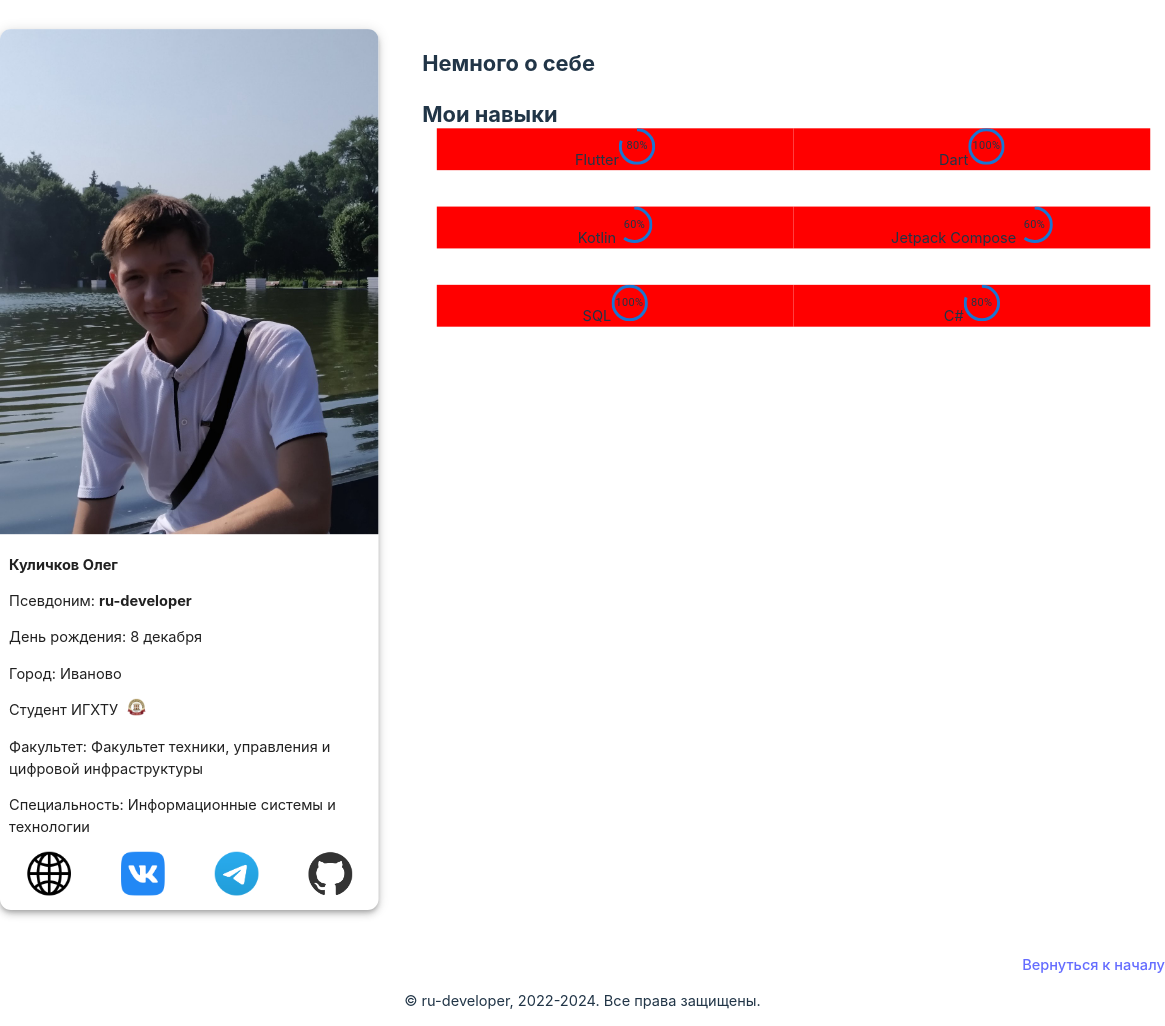
Repository: HubOl01/my_profile
Page: /
An editor plug-in stored every save of this project. The page is shown before and after a run of saves, followed by the edit.
The browser window is 1280 px wide. The pictures show the whole page, at 91% of full size.
The project was rebuilt for these pictures with package versions that can differ from the ones it lists, and the page was loaded fresh each time. Also part of the build but not shown: vite.config.ts, src/components/header/Header.module.scss, src/data/websites.ts.

Above is the page before, as saved 2024-03-09 10:49:19.

### src/App.tsx
import { Grid } from '@mui/material'
import './App.css'
import Common from './components/center/Common'
import Footer from './components/footer/Footer'
import Header from './components/header/Header'
import LeftBar from './components/left/LeftBar'
import style from './App.module.scss'

function App() {

  return (
    <>
      <Header />
      <Grid container spacing={2}>
        <Grid className={style.profile} item xs={4}>
          <LeftBar />
        </Grid>
        <Grid item xs>
          <Common />
        </Grid>
      </Grid>
      <Footer />
    </>
  )
}

export default App

### src/App.css
#root {
  max-width: 1280px;
  margin: 0 auto;
  /* padding: 2rem; */
  /* text-align: center; */
}
.logo:hover {
  filter: drop-shadow(0 0 2em #646cffaa);
}
.logo.react:hover {
  filter: drop-shadow(0 0 2em #61dafbaa);
}

@keyframes logo-spin {
  from {
    transform: rotate(0deg);
  }
  to {
    transform: rotate(360deg);
  }
}

@media (prefers-reduced-motion: no-preference) {
  a:nth-of-type(2) .logo {
    animation: logo-spin infinite 20s linear;
  }
}

/* .card {
  padding: 2em;
} */

.read-the-docs {
  color: #888;
}


/* .profile{
  min-width: 100%;
} */

### src/components/center/Common.tsx
import React from 'react'
import styles from './styles.module.scss'
import { Box, Grid } from '@mui/material'
import { CircularProgressWithLabel } from '../atoms/circularProgressWithLabel'
import { my_skills } from '../../data/my_skills'

export default function Common() {
  return (
    <div className={styles.center_common}>
      <h2>Немного о себе</h2>
      <p>

      </p>
      <h2>
        Мои навыки
      </h2>
      <Grid container margin={2} rowGap={5}>
        {
          my_skills.map((skill) =>
            <Grid xs={6}>
              <Box sx={{
                width: "100%",
                background: "red",
                display: "inline-block",
                "textAlign": "center",
                transform: "translateY(-50%)",
              }}
              >
                {skill.name}
                <CircularProgressWithLabel value={skill.progress * 100} />


              </Box>
            </Grid>
          )
        }
        {/*
        <Grid xs={6} ><CircularProgressWithLabel value={my_skills[0].progress}/></Grid> */}
        {/* <Grid xs={6} ><CircularProgressWithLabel value={}/><</Grid>
        <Grid xs={6} ><CircularProgressWithLabel value={}/><</Grid>
        <Grid xs={6} ><CircularProgressWithLabel value={}/><</Grid>
        <Grid xs={6} ><CircularProgressWithLabel value={}/><</Grid>
        <Grid xs={6} ><CircularProgressWithLabel value={}/><</Grid> */}
      </Grid>
      {/* <h2>Хобби</h2>
      <p>
        Я люблю изучать что-то новое. Я программирую на языке программирования
        C# и продолжаю осваивать язык в некоторых направлениях. (Например:
        создание мобильных приложений Xamarin и создание игр Unity)
      </p>
      <h2>Спорт</h2>
      <p>
        Я более 10 лет занимаюсь конькобежным спортом. В 16 лет выполнил
        спортивный разряд кандидат в мастера спорта. Кроме этого, с начала 1
        курса я начал заниматься легкой атлетикой. Принимаю участие в
        соревнованиях в составе сборной ИГХТУ.
      </p> */}
    </div>
  )
}

### src/components/footer/Footer.tsx
import React from 'react'

export default function Footer() {
  return (
    // <footer className="text-muted" style={{
    //   "width":"100%"
    // }}>
      <div className="container">
        <p className="float-right" style={{
      "textAlign": "right"
    }}>
          <a href="#">Вернуться к началу</a>
        </p>
        <p className="footer-text"
        style={{
          "textAlign": "center"
        }}
        >© ru-developer, 2022-{(new Date()).getFullYear()}. Все права защищены.</p>
      </div>
    // </footer>
  )
}

### src/components/header/Header.tsx
import './Header.module.scss'

export default function Header() {
  return (
      <div>
        {/* <h1>About myself</h1> */}
      </div>
  )
}

### src/components/left/LeftBar.tsx
import { Card, Grid } from '@mui/material';
import about from '../../assets/images/About.jpg';
import isuct from '../../assets/images/isuct.png';
import { websites } from '../../data/websites';
import { nickname } from '../../data/my_projects';
import style from './style.module.scss';

const list_web = websites.map((web) =>
  <Grid item xs>
    <div className="web">
      <a
        href={web.href}
        title={web.title}
      >
        <img
          className={style.img_icon}
          alt={web.alt}
          src={web.src}
          width={40}
        />
      </a>
    </div>
  </Grid>
)


const LeftBar = () => {
  return (
    <>
      <Card elevation={5}
      className={style.leftCard}
        sx={{
          borderRadius: 3,
        }} >
        <a title="Куличков Олег" href="https://vk.com/oleg01f">
          <img
            alt="about"
            src={about}
            style={{
              // borderRadius: '15px',
              display: 'flex',
              width: "100%",
            }}
            data-holder-rendered="true"
          />
        </a>
        <div style={{ padding: "5px 10px 10px 10px" }}> {/* top, right, bottom, left */}
          <div>
            <p>
              <b>Куличков Олег</b>
            </p>
            <p>
              Псевдоним: <b>{nickname}</b>
            </p>
            <p>
              <span >День рождения:</span> 8 декабря
            </p>
            <p>
              <span className="text-format">Город:</span> Иваново
            </p>
            <p>
              Студент ИГХТУ
              <img
                className="isuct"
                alt="ISUCT"
                src={isuct}
                width={20}
                style={{ "marginLeft": "10px" }}
              // data-holder-rendered="true"
              />
            </p>
            <p>
              <span className="text-format">Факультет:</span> Факультет техники,
              управления и цифровой инфраструктуры
            </p>
            <p>
              <span className="text-format">Специальность:</span> Информационные
              системы и технологии
            </p>
            {/* <p style={{
              "textAlign": "center",
              "justifyContent": "center",
              display: 'flex',
              width: "100%",

          }}>
            <span className="text-format">Социальные сети</span>
          </p> */}

            <Grid container spacing={2}

              sx={{
                'textAlign': "center",
                // display: 'flex',
                // width: "100%",
              }
              }>
              {list_web}
            </Grid>

          </div>
        </div>


      </Card>
    </>
  )
}

export default LeftBar

### src/App.module.scss
@media (max-width: 425px) {
    .profile{
      min-width: 100%;
    }
  }
  @media screen and (min-width: 426px) {
    .profile{
      min-width: 300px;
    }
  }

### src/components/center/styles.module.scss
.center_common{
    padding: 2rem;
}

### src/components/atoms/circularProgressWithLabel.tsx
import * as React from 'react';
import CircularProgress, {
  CircularProgressProps,
} from '@mui/material/CircularProgress';
import Typography from '@mui/material/Typography';
import Box from '@mui/material/Box';

export function CircularProgressWithLabel(
  props: CircularProgressProps & { value: number },
) {
  return (
    <Box sx={{ position: 'relative', display: 'inline-flex' }}>
      <CircularProgress variant="determinate" {...props} />
      <Box
        sx={{
          top: 0,
          left: 0,
          bottom: 0,
          right: 0,
          position: 'absolute',
          display: 'flex',
          alignItems: 'center',
          justifyContent: 'center',
        }}
      >
        <Typography
          variant="caption"
          component="div"
          // color="text.secondary"
        >{`${Math.round(props.value)}%`}</Typography>
      </Box>
    </Box>
  );
}

// export default function CircularWithValueLabel() {
//   const [progress, setProgress] = React.useState(10);

//   React.useEffect(() => {
//     const timer = setInterval(() => {
//       setProgress((prevProgress) => (prevProgress >= 100 ? 0 : prevProgress + 10));
//     }, 800);
//     return () => {
//       clearInterval(timer);
//     };
//   }, []);

//   return <CircularProgressWithLabel value={progress} />;
// }

### src/data/my_skills.ts
import { FullStack } from "./my_projects";

interface ISkill{
    name: string;
    progress: number;
}

export const my_skills: ISkill[] = [
    {
        name: FullStack.Flutter,
        progress: .80
    },
    {
        name: FullStack.Dart,
        progress: 1
    },
    {
        name: FullStack.Kotlin,
        progress: .6
    },
    {
        name: FullStack.Jetpack_Compose,
        progress: .6
    },
    {
        name: FullStack.SQL,
        progress: 1
    },
    {
        name: FullStack.C_sharp,
        progress: .8
    }
]

### src/data/my_projects.ts
export interface IProjects {
  title: string;
  description: string[];
  url_icon: string;
  url_images: string[];
  url_stores: string[];
  url_sources: string[];
  creator: string;
  fullStack: string[];
  platforms: string[];
  color: string;
}
export const nickname = "ru-developer";
export enum Platforms {
  Android = "Android",
  IOS = "IOS",
  Windows = "Windows",
  Linux = "Linux",
  Web = "Web",
}
// enum Colors {
//   Red = "",
//   White = "",
//   Black = "",
//   Green = "",
// }
export enum FullStack {
  Flutter = "Flutter",
  Dart = "Dart",
  Kotlin = "Kotlin",
  Jetpack_Compose = "Jetpack Compose",
  Winforms = "Winforms",
  C_sharp = "C#",
  React = "React",
  Typescript = "Typescript",
  Retrofit = "Retrofit",
  PHP = "PHP",
  SQLite = "SQLite",
  SQL = "SQL",
  MySQL = "MySQL",
  PostgreSQL = "PostgreSQL",
  Git = "Git",
  HTML = "HTML",
  CSS = "CSS",
  SCSS = "SCSS",
  Vite = "Vite",
}

export const projects: IProjects[] = [
  {
    title: "My Songbook",
    description: [
      "My Songbook – это творческая мастерская в вашем кармане. Независимо от того, являетесь ли вы гитаристом, певцом, композитором или просто энтузиастом музыки, это приложение поможет вам воплотить ваши музыкальные идеи в жизнь.",
      "\n",
      "Основные возможности:",
      "\n",
      "- Записывайте и редактируйте песни: Создавайте музыку в любое время, в любом месте. Записывайте мелодии, добавляйте тексты и настраивайте аранжировки – все это в вашем распоряжении.",
      "- Справочник аккордов для гитары: Независимо от вашего уровня мастерства, наше приложение предлагает обширный справочник аккордов для гитары. Найдите нужный аккорд и создайте свой собственный уникальный звук.",
      "- Автоскролл и легкая навигация: Никогда больше не теряйтесь в тексте. Функция автоскролла позволяет вам сконцентрироваться на музыке, а не на прокрутке текста.",
      "- Делитесь своей музыкой: Поделитесь своими произведениями с миром через социальные сети непосредственно из приложения. Позвольте всем услышать вашу творческую энергию.",
      "- Аудиофайлы с песнями: Сохраняйте свои композиции в виде аудиофайлов. Прослушивайте их в любое время или отправляйте друзьям и коллегам.",
      "\n",
      "Почему выбрать My Songbook?",
      "\n",
      "- Простота и удобство: Даже если вы начинающий музыкант, вы сможете создавать профессиональные композиции с легкостью.",
      "- Безопасное хранение ваших произведений: Ваши записи остаются конфиденциальными. Спокойно работайте над своими идеями, зная, что они в безопасности.",
      "\n",
      "Неважно, вы начинающий музыкант или профессионал, My Songbook поможет вам создать и поделиться музыкой, которая касается сердец. Начните свое музыкальное путешествие сегодня!",
    ],
    url_icon: "",
    url_images: [],
    url_stores: [
      "https://apps.rustore.ru/app/ru.ru_developer.my_songbook",
      "https://appgallery.huawei.com/app/C109087129",
      "https://global.app.mi.com/details?lo=RU&la=en_US&id=ru.ru_developer.my_songbook.mi",
    ],
    url_sources: ["https://github.com/HubOl01/my_songbook"],
    creator: nickname,
    fullStack: [FullStack.Flutter, FullStack.Dart],
    platforms: [Platforms.Android],
    color: "",
  },
  {
    title: "Мой универ - ИГХТУ",
    description: [
      '"Мой универ - ИГХТУ" - это мобильное приложение, специально разработанное для студентов Ивановского государственного химико-технологического университета. Вы теперь сможете посмотреть расписание пар даже без интернета! Также можно получать уведомления об информации пар каждый день. В приложении также доступны заметки и вы можете записывать лекции, делать пометки, прикреплять ссылки и также делиться ими.',
      "\n",
      "Основные функции приложения:",
      "\n",
      "- Календарь с расписанием пар на текущий день",
      "- Расписание лекций, практик и семинаров",
      "- Новости ВУЗа",
      "- Вход в moodle ИГХТУ",
      "- Расписание преподавателей, сессий",
      "- Поисковик",
      "- Заметки, конспекты",
      "- Уведомления об информации пар на каждый день",
      "\n",
      "Также приложение адаптировано под планшеты      ",
    ],
    url_icon: "",
    url_images: [],
    url_stores: [
      "https://apps.rustore.ru/app/ru.ru_developer.my_university_isuct",
    ],
    url_sources: ["https://github.com/HubOl01/my_university_isuct"],
    creator: nickname,
    fullStack: [FullStack.Flutter, FullStack.Dart, FullStack.PHP],
    platforms: [Platforms.Android],
    color: "",
  },
  {
    title: "MyAppHome",
    description: ["Приложение для многоквартирных домов"],
    url_icon: "",
    url_images: [],
    url_stores: [],
    url_sources: [],
    creator: "Создано вместе с командой OVERLAGO",
    fullStack: [FullStack.Flutter, FullStack.Dart],
    platforms: [Platforms.Android],
    color: "",
  },
  {
    title: "City Adventures",
    description: [],
    url_icon: "",
    url_images: [],
    url_stores: [],
    url_sources: [],
    creator: "Создано с командой на хакатоне",
    fullStack: [FullStack.Flutter, FullStack.Dart],
    platforms: [Platforms.Android],
    color: "",
  },
  {
    title: "Bellisemo",
    description: ["Student project for study architectural technologies"],
    url_icon: "",
    url_images: [],
    url_stores: [],
    url_sources: [],
    creator: "Student project",
    fullStack: [FullStack.React, FullStack.Typescript],
    platforms: [Platforms.Web],
    color: "",
  },
  {
    title: "Weather",
    description: ["Student project for study kotlin jetpack compose"],
    url_icon: "",
    url_images: [],
    url_stores: [],
    url_sources: [],
    creator: nickname,
    fullStack: [
      FullStack.Jetpack_Compose,
      FullStack.Kotlin,
      FullStack.Retrofit,
    ],
    platforms: [Platforms.Android],
    color: "",
  },
  {
    title: "My portfolio",
    description: ["Вебсайт для показа своих проектов, которые мы видим здесь"],
    url_icon: "",
    url_images: [],
    url_stores: [],
    url_sources: [],
    creator: nickname,
    fullStack: [FullStack.React, FullStack.Typescript],
    platforms: [Platforms.Web],
    color: "",
  },
];

### src/components/left/style.module.scss
@media (max-width: 699px) {
    .img_icon {
        width: 2em;
        // height: 50%;
    }
}
@media screen and (min-width: 700px) {
    .img_icon {
        width: 3em;
        // height: 50%;
    }
}
// @media screen and (max-width: 768px) {
//     .img_icon {
//         width: 50px;
//         height: 50px;
//     }
// }
div {
    display: "flex";
}
.leftCard {
    margin: 2em 0;
}
/* // .custom-card{

// } */

Loaded but not shown: index.html (common file); src/main.tsx (common file); src/index.css (common file)

After the next 2 saves:
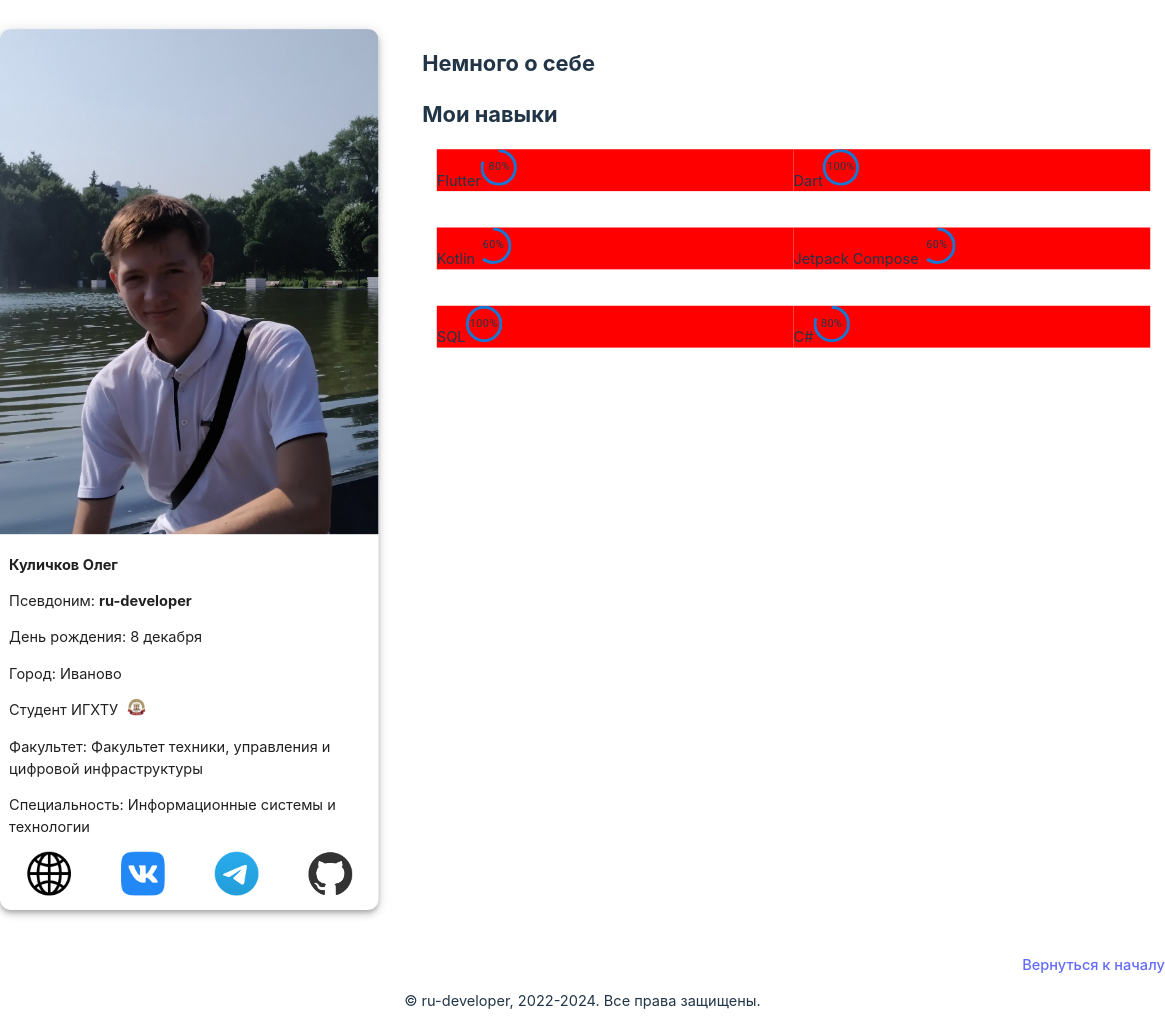
The 2 saves are shown as one change because they came seconds apart.
The last was saved 20 s later.
--- a/src/components/center/Common.tsx
+++ b/src/components/center/Common.tsx
@@ -21,9 +21,6 @@ export default function Common() {
               <Box sx={{
                 width: "100%",
                 background: "red",
-                display: "inline-block",
-                "textAlign": "center",
-                transform: "translateY(-50%)",
               }}
               >
                 {skill.name}
